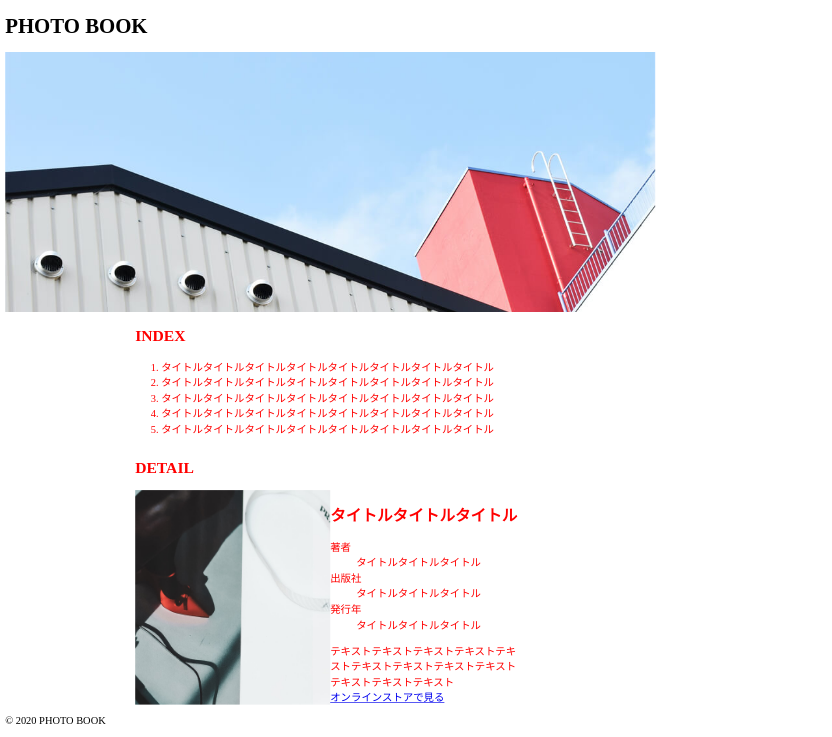
Repository: daytime/LP-study
Page: photo_book/index.html
An editor plug-in stored every save of this project. The page is shown before and after the next save, followed by the edit.
The browser window is 1280 px wide. The pictures show the whole page, at 65% of full size.

Above is the page before, as saved 2025-02-05 12:46:12.

### photo_book/index.html
<!DOCTYPE html>
<!-- https://code-jump.com/photo-menu/ -->
<html lang="ja">
  <head>
    <meta charset="UTF-8" />
    <meta name="viewport" content="width=device-width, initial-scale=1.0" />
    <style>
      @import url(./style.css);
    </style>
    <title>PHOTO BOOK</title>
  </head>
  <body>
    <header>
      <h1>PHOTO BOOK</h1>
    </header>
    <aside>
    <img src="img/mainvisual.jpg" alt="ロゴ" />
      <section id="index">
        <div>
          <h2>INDEX</h2>
          <!-- <ol number="1"> -->
          <ol>
            <li> タイトルタイトルタイトルタイトルタイトルタイトルタイトルタイトル</li>
            <li> タイトルタイトルタイトルタイトルタイトルタイトルタイトルタイトル</li>
            <li> タイトルタイトルタイトルタイトルタイトルタイトルタイトルタイトル</li>
            <li> タイトルタイトルタイトルタイトルタイトルタイトルタイトルタイトル</li>
            <li> タイトルタイトルタイトルタイトルタイトルタイトルタイトルタイトル</li>
          </ol>
        </div>
      </section>
      <section id="detail">
        <div>
          <h2>DETAIL</h2>
            <div class="fully">
              <img class="img" src="img/detail.jpg" alt="" />
              <div>
                <h2>タイトルタイトルタイトル</h2>
                <!-- <hr/> -->
                <dl class="">
                  <dt>著者</dt>
                  <dd>タイトルタイトルタイトル</dd>
                  <dt>出版社</dt>
                  <dd>タイトルタイトルタイトル</dd>
                  <dt>発行年</dt>
                  <dd>タイトルタイトルタイトル</dd>
                </dl>
                <!-- <hr/> -->
                <div class="main">
                  テキストテキストテキストテキストテキストテキストテキストテキストテキストテキストテキストテキスト
              </div>
              <div>
                <a href="https://www.google.com">オンラインストアで見る</a>
              </div>
            </div>
          </div>
      </section>
    </aside>
    <footer>
      <p>&copy 2020 PHOTO BOOK</p>
  </body>
</html>

### photo_book/style.css
.main {
  width: 300px;
}

#index {
  color: red;
  margin-left: 200px;
  display: flex;
  flex-direction: column;
}

.img {
  width: 300px;
}

#detail {
  color: red;
  margin-left: 200px;
  display: flex;
  flex-direction: row;
}

.detail {
  display: flex;
  flex-direction: column;
}

.fully {
  display: flex;
  flex-direction: row;
}

#detail .content dl {
  border-top: solid 1px #dedede;
  border-bottom: solid 1px #dedede;
}

After the next save:
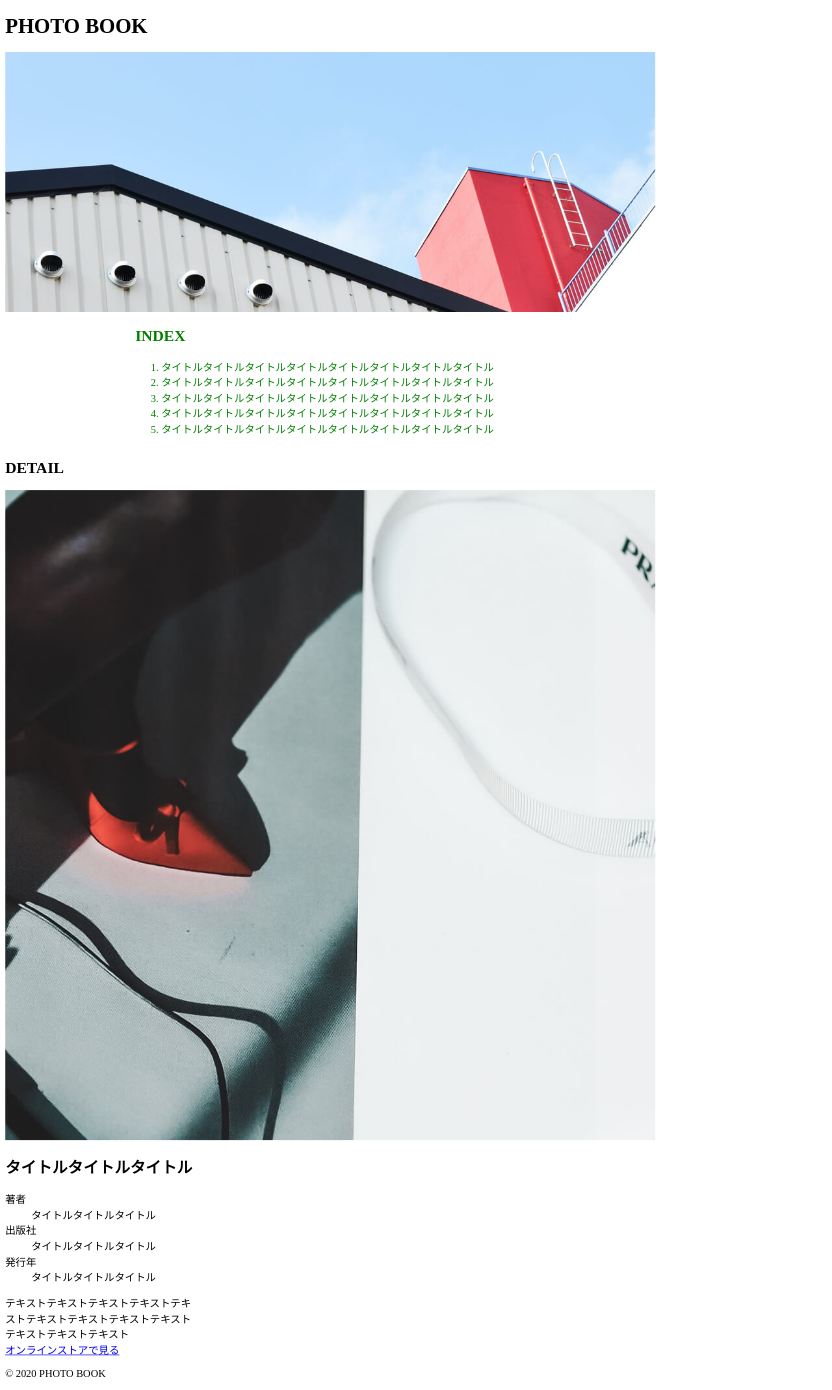
Saved 3 days later.
--- a/photo_book/style.css
+++ b/photo_book/style.css
@@ -3,11 +3,11 @@
 }
 
 #index {
-  color: red;
+  color: green;
   margin-left: 200px;
   display: flex;
   flex-direction: column;
-}
+mt
 
 .img {
   width: 300px;
